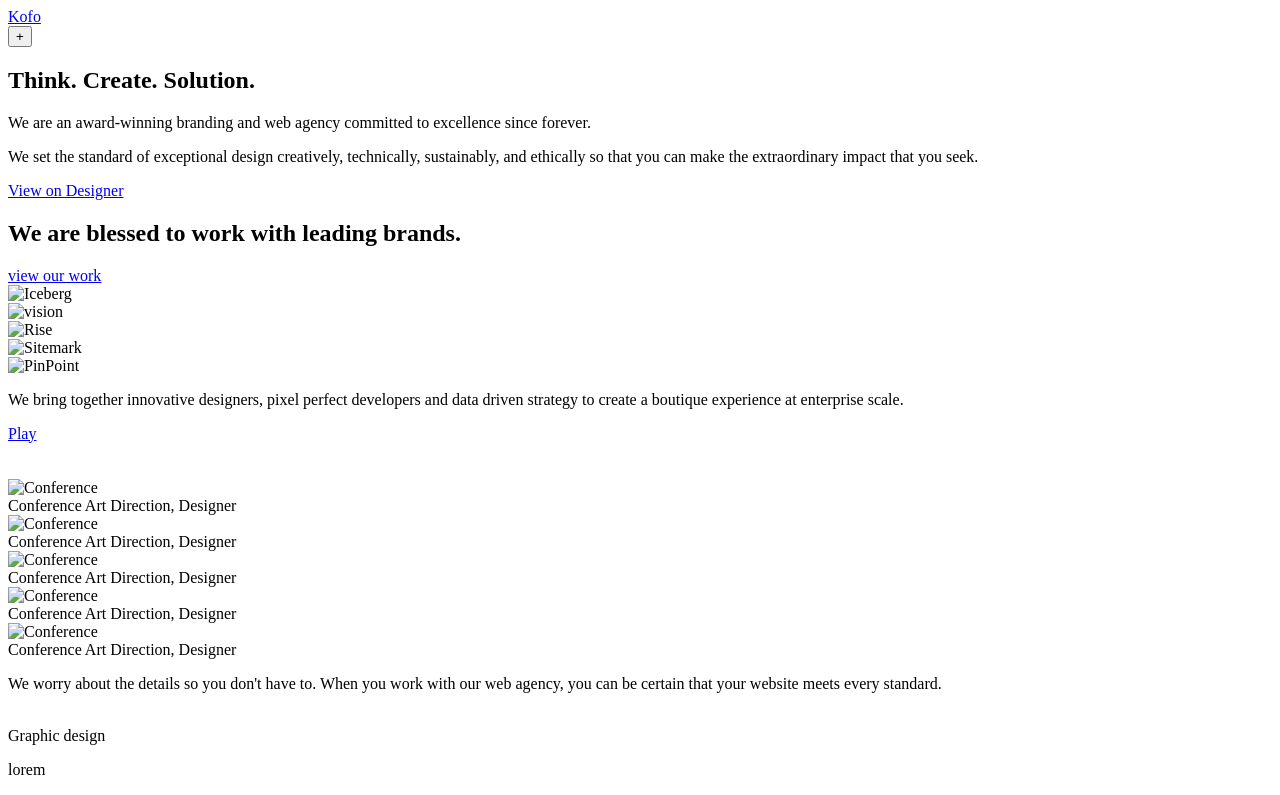
Repository: debthebuilder/kofo
Page: index.html
These files come from the project's save history. The page is drawn as it stood at one moment and after the next save; the edit follows.
The browser window is 1280 px wide. The pictures show the whole page.

Above is the page before, as saved 2022-10-13 11:44:45.

### index.html
<!DOCTYPE html>
<html lang="en">
<head>
    <meta charset="UTF-8">
    <meta http-equiv="X-UA-Compatible" content="IE=edge">
    <meta name="viewport" content="width=device-width, initial-scale=1.0">
    <title>Kofo - Webflow Portfolio template</title>
</head>
<body>
    <!--Fixed Top Navigation Bar-->
    <nav class="fixed-navbar">
        <a href="index.html" class="logo">Kofo</a>
        <div>
            <button>+</button>
        </div>
    </nav>
    <!--Hero Section-->
    <section class="hero">
        <div class="row">
            <div class="col">
                <h1>Think. <span>Create.</span> Solution.</h1>
            </div>
            <div class="col">
                <div>
                    <p>We are an award-winning branding and web agency committed to excellence since forever.</p>
                </div>
                <div>
                    <p>We set the standard of exceptional design creatively, technically, sustainably, and ethically so that you can make the extraordinary impact that you seek.</p>
                    <div>
                        <a href="#">View on Designer</a>
                        <span>
                            <img src="#" alt="" />
                        </span>
                    </div>
                </div>
            </div>
        </div>
    </section>
    <!--Partner Brands-->
    <section>
        <div>
            <h2>We are blessed to work with leading brands.</h2>
            <a href="#">view our work</a>
        </div>
        <div>
            <div class="partner-logo">
                <img src="#" alt="Iceberg" />
            </div>
            <div class="partner-logo">
                <img src="#" alt="vision" />
            </div>
            <div class="partner-logo">
                <img src="#" alt="Rise" />
            </div>
            <div class="partner-logo">
                <img src="#" alt="Sitemark" />
            </div>
            <div class="partner-logo">
                <img src="#" alt="PinPoint" />
            </div>
        </div>
    </section>
    <!--What we do-->
    <section class="about">
        <div class="row">
            <div class="col">
                <p>We bring together innovative designers, pixel perfect developers and data driven strategy to create a boutique experience at enterprise scale.</p>
                <div>
                    <a href="#">Play</a>
                    <div>
                        <img src="" alt="" />
                    </div>
                </div>
            </div>
            <div class="col">
                <div>
                    <img src="" alt="" />
                </div>
            </div>
        </div>
    </section>
    <!--Portfolio-->
    <section class="portfolio">
        <div class="grid">
            <div class="portfolio-item">
                <div class="">
                    <img src="" alt="Conference" />
                </div>
                <div class="absolute">
                    <div class="flex-items">
                        <span class="item-title">Conference</span>
                        <span class="item-tags">Art Direction, Designer</span>
                    </div>
                </div>
            </div>
            <div class="portfolio-item">
                <div class="">
                    <img src="" alt="Conference" />
                </div>
                <div class="absolute">
                    <div class="flex-items">
                        <span class="item-title">Conference</span>
                        <span class="item-tags">Art Direction, Designer</span>
                    </div>
                </div>
            </div>
            <div class="portfolio-item">
                <div class="">
                    <img src="" alt="Conference" />
                </div>
                <div class="absolute">
                    <div class="flex-items">
                        <span class="item-title">Conference</span>
                        <span class="item-tags">Art Direction, Designer</span>
                    </div>
                </div>
            </div>
            <div class="portfolio-item">
                <div class="">
                    <img src="" alt="Conference" />
                </div>
                <div class="absolute">
                    <div class="flex-items">
                        <span class="item-title">Conference</span>
                        <span class="item-tags">Art Direction, Designer</span>
                    </div>
                </div>
            </div>
            <div class="portfolio-item">
                <div class="">
                    <img src="" alt="Conference" />
                </div>
                <div class="absolute">
                    <div class="flex-items">
                        <span class="item-title">Conference</span>
                        <span class="item-tags">Art Direction, Designer</span>
                    </div>
                </div>
            </div>
        </div>
    </section>
    <!--Services-->
    <section>
        <p>We worry about the details so you don't have to. When you work with our web agency, you can be certain that your website meets every standard.</p>
        <div class="services">
            <div class="service-card">
                <div class="service-icon">
                    <img src="" alt="" />
                </div>
                <div class="service-details">
                    <div class="service-title">Graphic design</div>
                    <p class="service-intro">lorem</p>
                </div>
            </div>
        </div>
    </section>
    <!--Testimonial-->
    <!--Fun Facts-->
    <!--Latest Blog Posts-->
    <!--Newsletter-->
    <!--Footer-->
</body>
</html>

After the next save:
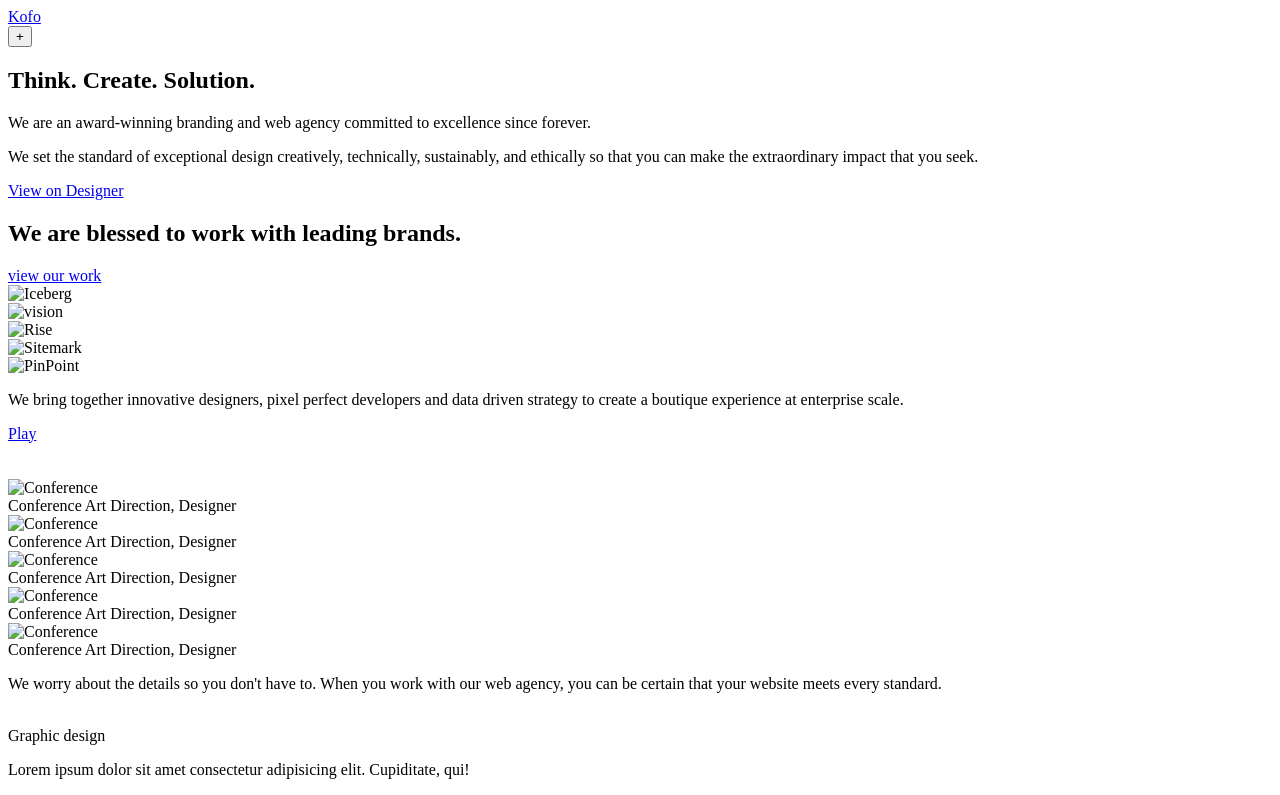
Saved 5 s later.
--- a/index.html
+++ b/index.html
@@ -149,7 +149,7 @@
                 </div>
                 <div class="service-details">
                     <div class="service-title">Graphic design</div>
-                    <p class="service-intro">lorem</p>
+                    <p class="service-intro">Lorem ipsum dolor sit amet consectetur adipisicing elit. Cupiditate, qui!</p>
                 </div>
             </div>
         </div>
